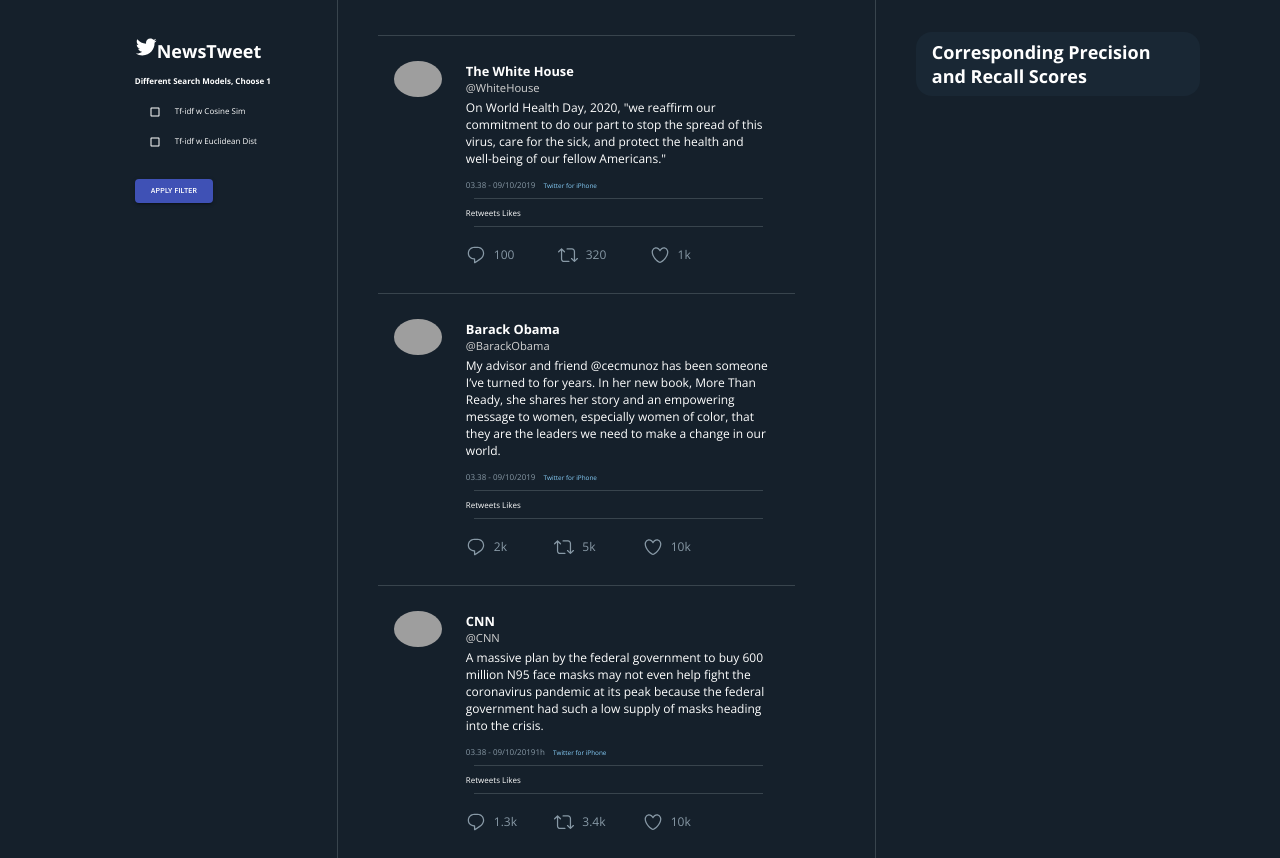
Repository: Dustyik/TwitterAIproj
Page: / (app in FrontEnd/)
These files come from the project's save history. The page is drawn as it stood at one moment and after the next save; the edit follows.
The browser window is 1280 px wide. The pictures show the whole page.
Pictures or frames that could not be fetched are drawn as grey boxes. The page's requests for data from a server got no answer. The project was rebuilt for these pictures with package versions that can differ from the ones it lists, and the page was loaded fresh each time. No one was signed in, and anything a server would have sent is missing. Also part of the build but not shown: FrontEnd/src/components/trending/Trend.js, FrontEnd/src/components/trending/TrendsList.js, FrontEnd/src/components/trending/FollowSuggestionCard.js, FrontEnd/src/styles/FollowList.css, FrontEnd/src/components/trending/FollowSuggestionsList.js, FrontEnd/src/components/StatusCard.js, FrontEnd/src/pages/Status.js, FrontEnd/src/components/profile/ProfileHead.js and 3 more.

Above is the page before, as saved 2021-08-03 00:34:46.

### FrontEnd/public/index.html
<!DOCTYPE html>
<html lang="en">

<head>
  <meta charset="utf-8" />
  <link rel="icon" href="%PUBLIC_URL%/favicon.ico" />
  <meta name="viewport" content="width=device-width, initial-scale=1" />
  <meta name="theme-color" content="#000000" />
  <meta name="description" content="Web site created using create-react-app" />
  <link rel="apple-touch-icon" href="%PUBLIC_URL%/logo192.png" />
  <link href="https://fonts.googleapis.com/css2?family=Open+Sans:wght@400;700&display=swap" rel="stylesheet">
  <!--
      manifest.json provides metadata used when your web app is installed on a
      user's mobile device or desktop. See https://developers.google.com/web/fundamentals/web-app-manifest/
    -->
  <link rel="manifest" href="%PUBLIC_URL%/manifest.json" />
  <!--
      Notice the use of %PUBLIC_URL% in the tags above.
      It will be replaced with the URL of the `public` folder during the build.
      Only files inside the `public` folder can be referenced from the HTML.

      Unlike "/favicon.ico" or "favicon.ico", "%PUBLIC_URL%/favicon.ico" will
      work correctly both with client-side routing and a non-root public URL.
      Learn how to configure a non-root public URL by running `npm run build`.
    -->
  <title>React App</title>
</head>

<body>
  <noscript>You need to enable JavaScript to run this app.</noscript>
  <div id="root"></div>
  <!--
      This HTML file is a template.
      If you open it directly in the browser, you will see an empty page.

      You can add webfonts, meta tags, or analytics to this file.
      The build step will place the bundled scripts into the <body> tag.

      To begin the development, run `npm start` or `yarn start`.
      To create a production bundle, use `npm run build` or `yarn build`.
    -->
</body>

</html>

### FrontEnd/src/App.js
import React from 'react';
import { BrowserRouter as Router, Route } from 'react-router-dom';
import './App.css';
import { Sidebar } from './components/Sidebar';
import { Home } from './pages/Home';
import { Trending } from './components/trending/Trending';
import { GlobalProvider } from './context/GlobalState';
import { Status } from './pages/Status';
import ScrollToTop from './utils/ScrollToTop';
import { Profile } from './pages/Profile';

function App() {
  return (
    <GlobalProvider >
      <Router >

        <ScrollToTop>
          <div className="App">
            <div className="side-nav">
              <Sidebar />
            </div>
            <div className="main trending">

              <Route exact path="/" component={Home} />
              { /*
              <Route exact path="/:id" component={Profile} />
              <Route exact path="/status/:id" component={Status} />
              */}


            </div>

            <div className="trending">
              <Trending />
            </div>
          </div>
        </ScrollToTop>

      </Router>
    </GlobalProvider>
  );
}

export default App;

### FrontEnd/src/App.css
:root {
    --body-bg        : rgb(21, 32, 43);
    --sky-blue       : rgba(29, 161, 242, 1.00);
    --light          : rgba(255, 255, 2555);
    --grey           : rgb(136, 153, 166);
    --border         : rgb(56, 68, 77);
    --thick-border   : rgb(37, 51, 65);
    --thick-border   : rgb(37, 51, 65);
    --card-background: rgb(25, 39, 52);
}

body {
    background-color: var(--body-bg);
    font-family     : 'Open Sans', sans-serif;
    padding         : 0;
    margin          : 0;
    color           : var(--light);
}

html {
    font-size: 8px;
}

::-webkit-input-placeholder {
    /* Chrome/Opera/Safari */
    font-size  : 2.5rem;
    color      : #9197a3;
    font-weight: 400;
}

::-moz-placeholder {
    /* Firefox 19+ */
    font-size  : 2.5rem;
    color      : #9197a3;
    font-weight: 400;
}

:-ms-input-placeholder {
    /* IE 10+ */
    font-size  : 2.5rem;
    color      : #9197a3;
    font-weight: 400;
}

:-moz-placeholder {
    /* Firefox 18- */
    font-size  : 2.5rem;
    color      : #9197a3;
    font-weight: 400;
}

.App {
    display              : grid;
    grid-template-columns: 2.5fr 4fr 3fr;
}

.side-nav {
    padding-left: 40%;
    padding-top : 3rem;
}

.side-nav svg {
    fill : var(--light);
    width: 2.75rem;
}

.side-nav svg:hover {
    fill: var(--sky-blue);
}

.side-nav-item {
    padding: 2rem 0;

}

.side-nav .side-nav-item .side-nav-text {
    font-size     : 2.25rem;
    font-weight   : 700;
    color         : var(--light);
    padding-left  : 3rem;
    vertical-align: bottom;
}

.avatar {
    display: inline;
}

.avatar img {
    border-radius: 50%;
}


/* helper classes */
.p-0 {
    padding: 0
}


.pl-0 {
    padding-left: 0
}

.p-1 {
    padding: 1rem;
}

.p-2 {
    padding: 2rem
}

.pr-0 {
    padding-right: 0
}

.pb-1 {
    padding-bottom: 1rem;
}

.m-0 {
    margin: 0
}

.mb-0 {
    margin-bottom: 0;
}

.text-center {
    text-align: center;
}

.w-100 {
    width: 100%;
}

.pl-1 {
    padding-left: 1rem;
}

.pr-1 {
    padding-right: 1rem;
}

ul {
    list-style: none;
}

.flex-align-center {
    display    : flex;
    align-items: center;
}

.flex-space-between {
    display        : flex;
    justify-content: space-between;
}

.inline-block {
    display: inline-block;

}


.btn {
    color      : var(--light);
    font-weight: 700;
    cursor     : pointer;
    border     : none;
    background : transparent;
}

.tweet-btn {
    border-radius   : 4rem;
    font-size       : 2rem;
    padding         : 1.5rem;
    background-color: var(--sky-blue);
    width           : 80%;
}

.follow-btn {
    border-radius: 3rem;
    font-size    : 2rem;
    padding      : 0.5rem;
    font-weight  : 700;
    color        : var(--sky-blue);
    border       : 1px solid var(--sky-blue);
}

.pointer {
    cursor: pointer;
}

.bold-dull-para {
    font-size: 1.75rem;
    color    : var(--grey);
}

a {
    text-decoration: none;
    color          : inherit;
}

h1 {
    font-size  : 2.25rem;
    font-weight: 700;
    color      : var(--light);
}

h2 {
    font-size  : 2rem;
    font-weight: 700;
    color      : var(--light);
}

input:focus {
    outline: none;
}

### FrontEnd/src/components/trending/Trending.js
import React from 'react';
import '../../styles/Trending.css';
import { SearchIcon } from '../../images/svg/svgs'
import { TrendsList } from './TrendsList';
import { FollowSuggestionsList } from './FollowSuggestionsList';


export const Trending = () => {
    return (
        <>
            <div>

                <div className="trends-list m-0">
                    {/*
                    <TrendsList />
                    */}
                    <h1>
                    Corresponding Precision and Recall Scores
                    </h1>
                </div>
                {/*
                <div className="follow-list">
                    <FollowSuggestionsList />
                </div>
                */}
            </div>
        </>
    )
}

### FrontEnd/src/utils/ScrollToTop.js
import React, { useEffect, Fragment } from 'react';
import { withRouter } from 'react-router-dom';

function ScrollToTop({ history, children }) {
    useEffect(() => {
        const unlisten = history.listen(() => {
            window.scrollTo(0, 0);
        });
        return () => {
            unlisten();
        }
    }, []);

    return <Fragment>{children}</Fragment>;
}

export default withRouter(ScrollToTop);

### FrontEnd/src/images/avatars.js
import React from 'react'

export const SmallAvatar = ({ width, image }) => {
    return (
        <div className="avatar">
            <img width={width} src={image} alt="avatar" />
        </div>
    )
}

### FrontEnd/src/apifunctions.js
import axios from 'axios';

export const getTweets = () => {
    return axios.get("http://localhost:5000/getTweets")
}

export const applySearchFilters = (data, title, id) => {
    return axios.post("http://localhost:5000/applySearchModels", {
            data: data,
            queryTitle: title,
            articleId: id

        }
    )
}

### FrontEnd/src/styles/Main.css
/* main styles */
.main {
    border-left : 1px solid var(--border);
    border-right: 1px solid var(--border);
    ;
}

.home {
    padding-left : 2.5rem;
    border-bottom: 1px solid var(--border);
}

.new-tweet {
    padding              : 1rem;
    display              : grid;
    grid-template-columns: 1fr 9fr;
    border-bottom        : 1rem solid var(--thick-border);
}

.new-tweet .left,
.right {
    padding: 0 1rem;
}

.new-tweet input {
    padding    : 2rem 0;
    background : transparent;
    border     : none;
    color      : var(--light);
    font-size  : 2rem;
    font-weight: 700;
}

.new-tweet-options {
    padding-right  : 1rem;
    display        : flex;
    justify-content: space-between;
    align-items    : center;
}

.new-tweet .add-icons {
    margin-right: 1rem;
}

.new-tweet .add-icons svg {
    width  : 3rem;
    fill   : var(--sky-blue);
    padding: 1rem;
}

.new-tweet .add-icons svg:first-child {
    padding-left: 0;
}

### FrontEnd/src/components/TweetList.js
import React, { useContext } from 'react'
import TweetCard from './TweetCard'
import { GlobalContext } from '../context/GlobalState'

export const TweetList = () => {
    const { tweets } = useContext(GlobalContext);

    return (
        <>
            {tweets.map((tweet, index) => (<TweetCard key={index} tweet={tweet} />))}
        </>
    )
}

### FrontEnd/src/styles/Trending.css
.trending {
    padding: 1rem 10rem 1rem 5rem;
}

.trending .search-box {
    width     : 100%;
    background: transparent;

    background-color: var(--thick-border);
    border-radius   : 5rem;
    border          : none;
}

.trending .search-box svg {
    width       : 3rem;
    fill        : var(--grey);
    padding-left: 1rem;

}

.trending .search-box input {
    padding   : 1.5rem;
    font-size : 2rem;
    width     : 100%;
    background: transparent;
    border    : none;
    color     : var(--light);
}

.trends-list {
    background-color: var(--card-background);
    border-radius   : 2rem;
    margin-top      : 3rem;
}

.trends-list h1 {
    padding: 1rem 2rem;

}

.trends-for-you {
    padding-right: 1rem;
}

.trends-for-you svg {
    width: 3.5rem;
    fill : var(--sky-blue);
}

.trends-card {
    border-top   : 1px solid var(--border);
    border-bottom: 1px solid var(--border);
    padding      : 2rem;
}

.trends :last-child {
    border-bottom: none;
}

.trends-topic {
    font-size: 1.5rem;
    color    : var(--grey);
}

.trend-tweet-count {
    font-size: 1.75rem;
    color    : var(--grey);
}



.trending ::-webkit-input-placeholder {
    /* Chrome/Opera/Safari */
    font-size  : 2rem;
    color      : #9197a3;
    font-weight: 400;
}

.trending ::-moz-placeholder {
    /* Firefox 19+ */
    font-size  : 2rem;
    color      : #9197a3;
    font-weight: 400;
}

.trending :-ms-input-placeholder {
    /* IE 10+ */
    font-size  : 2rem;
    color      : #9197a3;
    font-weight: 400;
}

.trending :-moz-placeholder {
    /* Firefox 18- */
    font-size  : 2rem;
    color      : #9197a3;
    font-weight: 400;
}

### FrontEnd/src/context/AppReducer.js
const MAX = 30
const MIN = 0

export default (state, action) => {
    switch (action.type) {
        case 'DELETE_TRANSACTION':
            return {
                ...state,
                transactions: state.transactions.filter(transaction => transaction.id !== action.payload)
            }
        case 'ADD_TWEET':
            const newTweet = {
                user: {
                    name: action.payload.name,
                    image: action.payload.image,
                    handle: `@${action.payload.name}`,
                },
                tweet: {
                    content: action.payload.tweet,
                    image: null,
                    comments: Math.floor(Math.random()*(MAX-MIN)+MIN),
                    retweets: Math.floor(Math.random()*(MAX-MIN)+MIN),
                    likes: Math.floor(Math.random()*(MAX-MIN)+MIN),
                    relevance: action.payload.relevance
                }
            };
            return {
                ...state,
                tweets: [...state.tweets, newTweet]
            }

        case "SET_TWEETS":
            return {
            ...state,
            tweets: action.payload
        }

        case "SET_SEARCH_MODEL":
            return {
            ...state,
            searchModels: action.payload
        }

        case "REMOVE_ALL_TWEETS":
            return {
            ...state,
            tweets: []
        }


        default:
            return state
    }
}

### FrontEnd/src/components/TweetCard.js
import React, { Component } from 'react';
import '../styles/TweetCard.css';
import { SmallAvatar } from '../images/avatars'
import { TweetCommentIcon, TweetRetweetIcon, TweetLikeIcon, TweetSendIcon } from '../images/svg/svgs';
import { Link } from 'react-router-dom';

export default class TweetCard extends Component {
    tweet = this.props.tweet;
    profImageurl = 'https://pbs.twimg.com/profile_images/1247964769669136385/KVCROk2D_bigger.jpg';

    handleRouting = (e) => {
        // e.preventDefault();
        // debugger
        // this.props.history.push('data')
    }
    render() {
        return (
            <div className="tweet-card">
                <div className="left">
                    <SmallAvatar width="48" image={this.tweet.user.image} />
                </div>
                <div className="right">
                    <div className="tweet-card-head">
                        <span className="tweet-card-name" >{this.tweet.user.name}</span>
                    </div>
                    <span className="tweet-card-handle">{this.tweet.user.handle}</span>

                    <div className="tweet-card-body">

                    <div className="tweet-card-content">
                        <p className="m-0">{this.tweet.tweet.content}</p>
                    </div>

                    <span className="tweet-card-time">
                        03.38 - 09/10/2019{this.tweet.tweet.time}
                        <span className="tweet-card-shotoniphone">
                            Twitter for iPhone
                        </span>
                    </span>

                    <div className="tweet-middle-border"/>
                    <span>
                        Retweets Likes
                    </span>

                    <div className="tweet-middle-border"/>





                    <div className="tweet-card-footer">
                        <span className="flex-align-center"><TweetCommentIcon /> <span className="tweet-cars-icon">{this.tweet.tweet.comments}</span></span>
                        <span className="flex-align-center"><TweetRetweetIcon /><span className="tweet-cars-icon">{this.tweet.tweet.retweets}</span></span>
                        <span className="flex-align-center"><TweetLikeIcon /><span className="tweet-cars-icon">{this.tweet.tweet.likes}</span></span>
                        { /*<span className="flex-align-center"><TweetSendIcon /></span> */}
                        </div>
                    </div>
                </div>
            </div>
        )
    }
}

### FrontEnd/src/styles/StatusCard.css
.tweets {}

.status-card {
    /* padding              : 1rem;
    display                 : grid;
    grid-template-columns   : 1fr 9fr; */
    border-bottom           : 0.5px solid var(--border);
    border-top              : 0.5px solid var(--border);

}

.status-card .left,
.right {
    padding: 2rem;
}

.status-card .left {
    display    : flex;
    align-items: center;

}

.status-card .right {
    padding-top: 0;
}

.status-card .status-card-name {
    font-size    : 2rem;
    font-weight  : 700;
    padding-right: 1rem;
}

.status-card .status-card-handle,
.status-card-time {
    font-size: 1.5rem;
    color    : var(--grey);
}

.status-card .status-card-body .status-card-content p {
    font-size : 2.5rem;
    margin-top: .5rem;
}

.status-card .status-card-body .status-card-image {
    margin-top: 2rem;
}

.status-card .status-card-body .status-card-image img {
    width        : 100%;
    border-radius: 20px;
}

.status-card .status-card-footer {
    padding-right: 10rem;
    display      : flex;

    justify-content: space-around;
    padding-top    : 1rem;
    width          : 100%;
}

.status-card .status-card-footer svg {
    fill : var(--grey);
    width: 2.5rem;
}

.status-card .status-card-footer .tweet-cars-icon {
    line-height : 2;
    font-size   : 1.5rem;
    color       : var(--grey);
    padding-left: 1rem;
}

.status {
    display    : flex;
    align-items: center;
    padding    : 0 2rem;
    display    : flex;
    align-items: center;
}

.status h1 {
    display     : inline-block;
    padding-left: 1rem;
}

.status svg {
    width: 4rem;
    fill : var(--sky-blue);
}

### FrontEnd/src/styles/TweetCard.css


.tweet-card {
    padding              : 1rem;
    display              : grid;
    grid-template-columns: 1fr 9fr;
    border-top           : 0.5px solid var(--border);

}
.tweet-middle-border {
    margin              : 1rem;
    border-top           : 0.25px solid var(--border);
}

.left{
    padding: 0 1rem;
    margin-top: 25px;
}

.tweet-card-shotoniphone{
    margin-left: 1rem;
    font-size: 0.8rem;
    color    : lightskyblue;
}

.tweet-card-time {
    display:inline-block;
    padding-top: 1.5rem;
    font-size: 1rem;
    color    : var(--grey);
}

.tweet-card, .right {
    padding: 0 1rem;
    margin-top: 10px;
}

.tweet-card .tweet-card-head .tweet-card-name {
    font-size    : 1.6rem;
    padding-right: 1rem;
    font-weight: bold;
}

.tweet-card .tweet-card-head .tweet-card-name:hover {
    text-decoration: underline;
}

.tweet-card-handle {
    font-size    : 1.4rem;
    padding-right: 1rem;
    font-weight: lighter;
    color: lightgray;
}

.tweet-card .tweet-card-body .tweet-card-content p {
    font-size : 1.5rem;
    margin-top: .5rem;
}

.tweet-card .tweet-card-body .tweet-card-image {
    margin-top: 2rem;
}

.tweet-card .tweet-card-body .tweet-card-image img {
    width        : 100%;
    border-radius: 20px;
}

.tweet-card .tweet-card-footer {
    padding-right  : 10rem;
    display        : flex;
    justify-content: space-between;
    padding-top    : 1rem;
}

.tweet-card .tweet-card-footer svg {
    fill : var(--grey);
    width: 2.5rem;
}

.tweet-card .tweet-card-footer .tweet-cars-icon {
    line-height : 2;
    font-size   : 1.5REM;
    color       : var(--grey);
    padding-left: 1rem;
}

Loaded but not shown: FrontEnd/src/index.js (common file); FrontEnd/src/images/svg/svgs.js (66 lines, source omitted); FrontEnd/src/context/GlobalState.js (113 lines, source omitted); FrontEnd/src/pages/Home.js (92 lines, source omitted); FrontEnd/src/components/Sidebar.js (112 lines, source omitted)

After the next save:
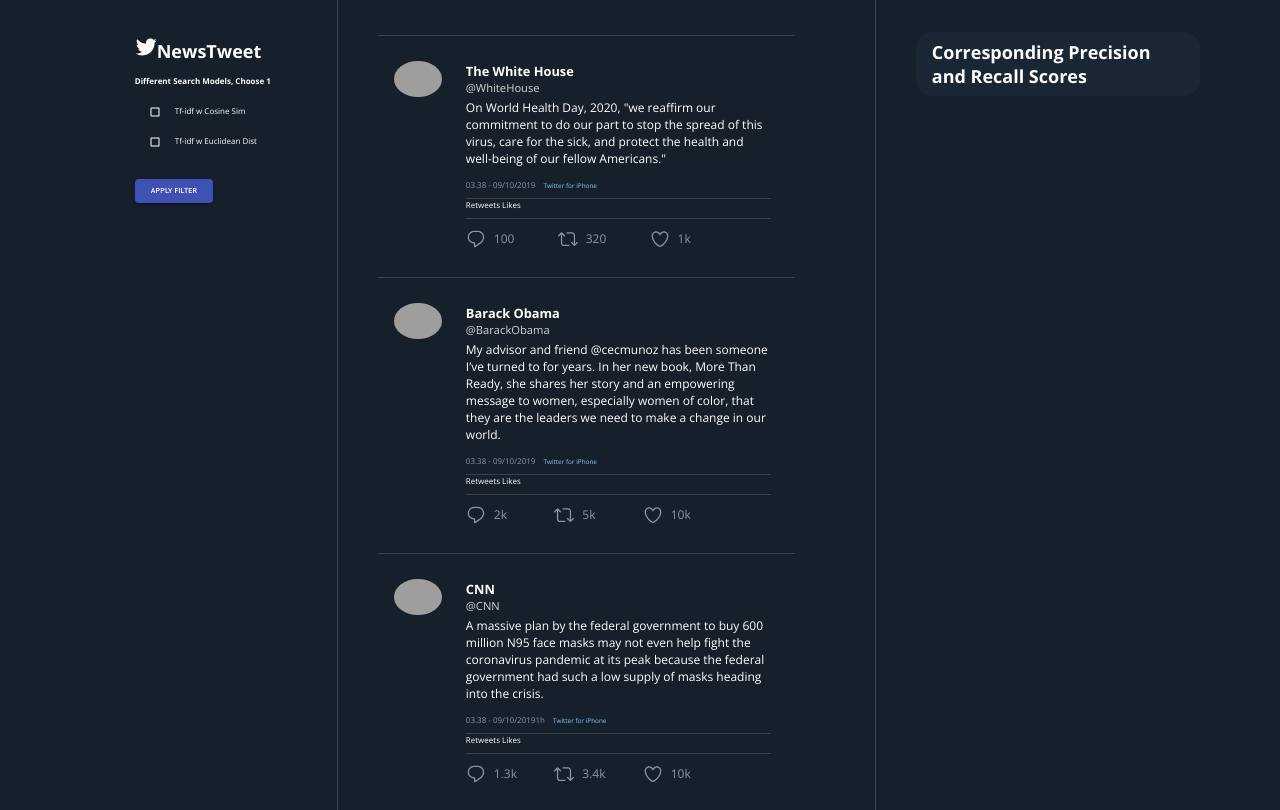
Saved 19 s later.
--- a/FrontEnd/src/styles/TweetCard.css
+++ b/FrontEnd/src/styles/TweetCard.css
@@ -8,7 +8,7 @@
 
 }
 .tweet-middle-border {
-    margin              : 1rem;
+    margin-top              : 1rem;
     border-top           : 0.25px solid var(--border);
 }
 

After the save that followed:
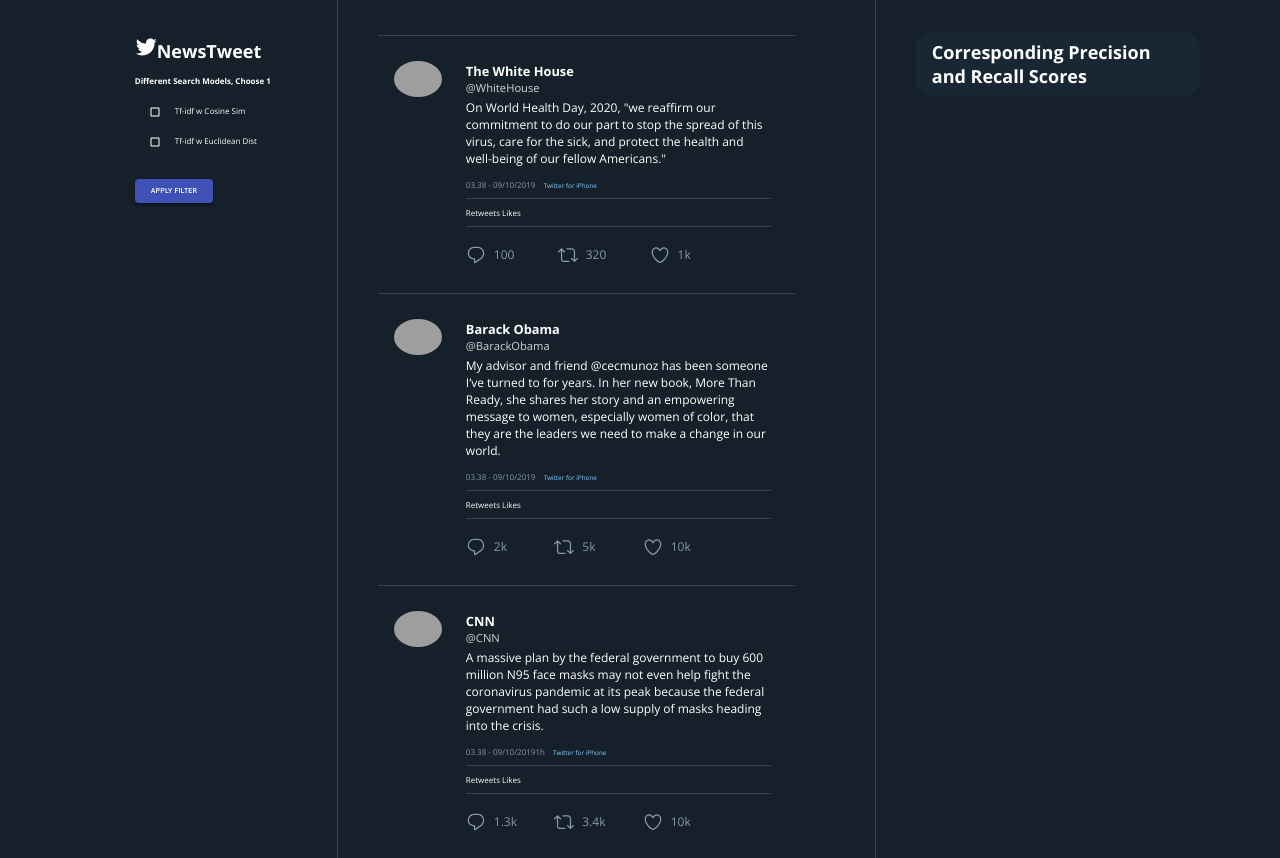
Saved 44 s later.
--- a/FrontEnd/src/styles/TweetCard.css
+++ b/FrontEnd/src/styles/TweetCard.css
@@ -9,6 +9,7 @@
 }
 .tweet-middle-border {
     margin-top              : 1rem;
+    margin-bottom              : 1rem;
     border-top           : 0.25px solid var(--border);
 }
 
